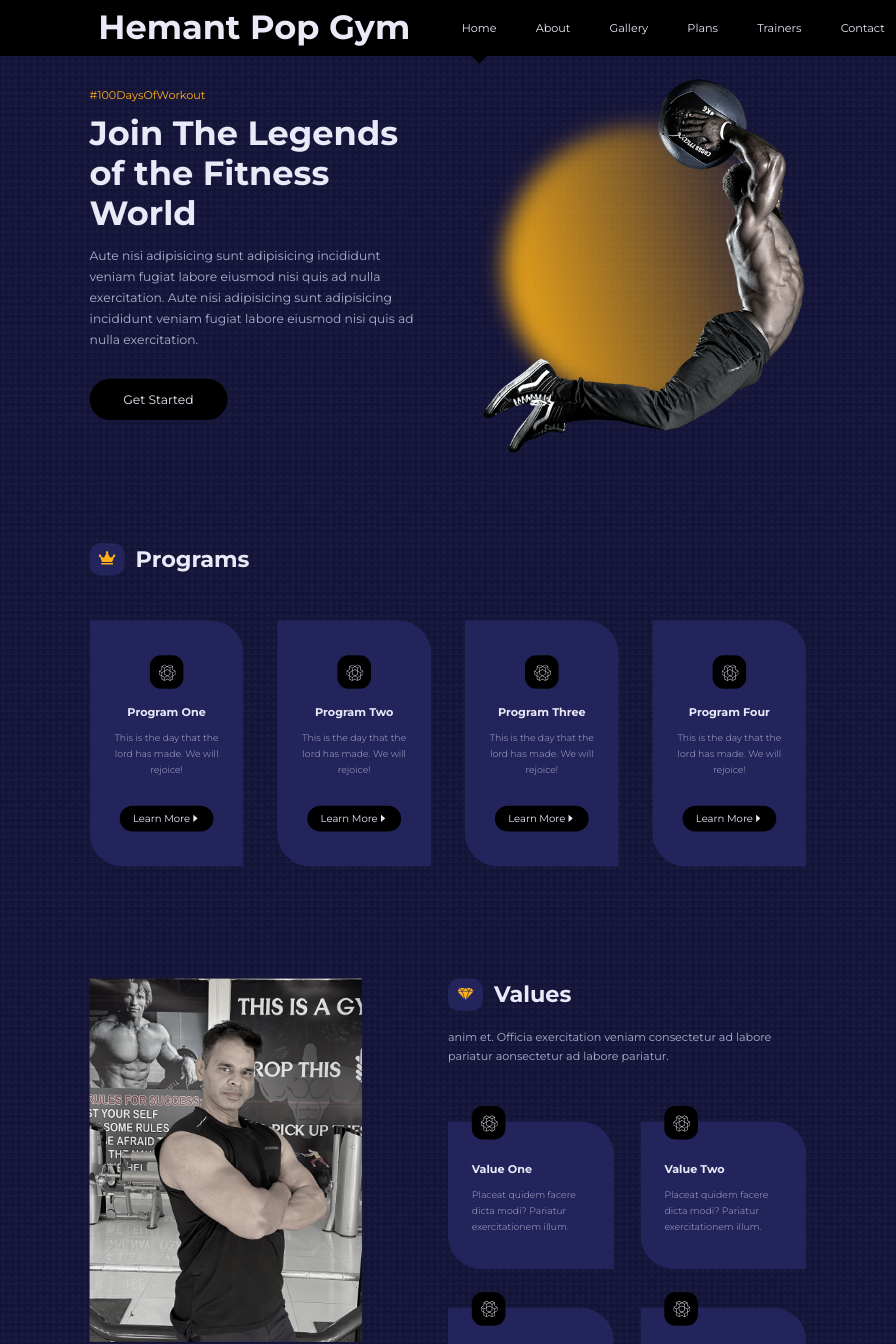
Repository: aryaMode/gym-portfolio
Page: /
The author's editor kept a copy of each file at every save. The page is drawn from the files as they stood at one save, then again after the next save.
The browser window is 1280 px wide. The pictures show the part of the page from y = 0 to 1920 px (the page is 3960 px tall), at 70% of full size.
The project was rebuilt for these pictures with package versions that can differ from the ones it lists, and the page was loaded fresh each time. Also part of the build but not shown: src/pages/about/about.css, src/components/Header.jsx, src/pages/about/About.jsx, src/pages/contact/contact.css, src/pages/contact/Contact.jsx, src/pages/gallery/gallery.css, src/pages/gallery/Gallery.jsx, src/pages/notFound/notFound.css and 6 more.

Above is the page before, as saved 2023-07-20 16:09:03.

### public/index.html
<!DOCTYPE html>
<html lang="en">

<head>
    <meta charset="UTF-8">
    <meta http-equiv="X-UA-Compatible" content="IE=edge">
    <meta name="viewport" content="width=device-width, initial-scale=1.0">
    <title>Portfolio Website</title>
    <!-- GOOGLE FONTS (montserrat) -->
    <link href="https://fonts.googleapis.com/css2?family=Montserrat:wght@300;400;500;600;700&display=swap"
        rel="stylesheet">
</head>

<body>
    <div id="root"></div>
</body>

</html>

### src/App.jsx
// rafce -> shortcut to create component and export
import { BrowserRouter, Routes, Route } from "react-router-dom";
import React from "react";
import Home from "./pages/home/Home";
import About from "./pages/about/About";
import Contact from "./pages/contact/Contact";
import Gallery from "./pages/gallery/Gallery";
import NotFound from "./pages/notFound/NotFound";
import Plans from "./pages/plans/Plans";
import Trainers from "./pages/trainers/Trainers";
import Navbar from "./components/Navbar";
import Footer from "./components/Footer";

const App = () => {
	return (
		<BrowserRouter>
			<Navbar />
			<Routes>
				<Route index element={<Home />} />
				<Route path="about" element={<About />} />
				<Route path="contact" element={<Contact />} />
				<Route path="gallery" element={<Gallery />} />
				<Route path="plans" element={<Plans />} />
				<Route path="trainers" element={<Trainers />} />
				<Route path="*" element={<NotFound />} />
			</Routes>
			<Footer />
		</BrowserRouter>
	);
};

export default App;

### src/pages/home/Home.jsx
import React from "react";
import "./home.css";
import MainHeader from "../../components/MainHeader";
import Program from "../../components/Program";
import Values from "../../components/Values";
import FAQs from "../../components/FAQs";
import Testimonial from "../../components/Testimonial";
// import Footer from "../../components/Footer";

const Home = () => {
	return (
		<>
			<MainHeader />
			<Program />
			<Values />
			<FAQs />
			<Testimonial />
			{/* <Footer /> comment this out so footer wount be double */}
		</>
	);
};

export default Home;

### src/components/Navbar.jsx
import { useState } from "react";
import { Link, NavLink } from "react-router-dom";
// NavLink comes with an isactive prop which we can use to detect which page we on
// so we can have a special style for that link
import React from "react";
import Logo from "../images/logo.png";
import { links } from "../data";
import { GoThreeBars } from "react-icons/go";
import { MdOutlineClose } from "react-icons/md";
import "./navbar.css";

const Navbar = () => {
	const [isNavShowing, setIsNavShowing] = useState(false);

	const handleNavToggle = () => {
		return setIsNavShowing((prevVAlue) => {
			return !prevVAlue;
		});
	};

	return (
		<nav>
			<div className="container nav__container">
				<Link to="/" className="logo" onClick={handleNavToggle}>
					{/* <img src={Logo} alt="Nav-logo" /> */}
					<h1>Hemant Pop Gym</h1>
				</Link>
				<ul
					className={`nav__links ${isNavShowing ? "show__nav" : "hide__nav"}`}
				>
					{/* Destructure the links array of object from the links to get each item */}
					{links.map(({ name, path }, index) => {
						return (
							<li key={index}>
								<NavLink
									to={path}
									className={({ isActive }) => (isActive ? "active-nav" : "")}
									onClick={handleNavToggle}
								>
									{name}
								</NavLink>
							</li>
						);
					})}
				</ul>
				<button onClick={handleNavToggle} className="nav__toggle-btn">
					{isNavShowing ? <MdOutlineClose /> : <GoThreeBars />}
				</button>
			</div>
		</nav>
	);
};

export default Navbar;

// export PATH=$PATH:/home/daveworld/bin

### src/components/Footer.jsx
import React from "react";
import { Link } from "react-router-dom";
import Logo from "../images/logo.png";
import { FaLinkedin } from "react-icons/fa";
import { FaFacebookF } from "react-icons/fa";
import { AiOutlineTwitter } from "react-icons/ai";
import { AiFillInstagram } from "react-icons/ai";

const Footer = () => {
	return (
		<footer>
			<div className="container footer__container">
				<article>
					<Link to="/" className="logo">
						{/* <img src={Logo} alt="Footer Logo" /> */}
						<h1>Hemant Pop Gym</h1>
					</Link>
					<p>
						Consectetur non nostrud enim nostrud est culpa ullamco incididunt
						nisi. Consectetur non nostrud enim nostrud est culpa ullamco
						incididunt nisi.
					</p>
					<div className="footer__socials">
						<a
							href="https://www.linkedin.com/in/eniola-ademola-7386161a7/"
							target="_blank"
							rel="noreferrer noopener"
						>
							<FaLinkedin />
						</a>
						<a
							href="https://facebook.com/"
							target="_blank"
							rel="noreferrer noopener"
						>
							<FaFacebookF />
						</a>
						<a
							href="https://twitter.com/_daveworld"
							target="_blank"
							rel="noreferrer noopener"
						>
							<AiOutlineTwitter />
						</a>
						<a
							href="https://instagram.com/_daveworld"
							target="_blank"
							rel="noreferrer noopener"
						>
							<AiFillInstagram />
						</a>
					</div>
				</article>
				<article>
					<h4>Permalinks</h4>
					<Link to="/about">About</Link>
					<Link to="/plans">Plans</Link>
					<Link to="/trainers">Trainers</Link>
					<Link to="/gallery">Gallery</Link>
					<Link to="/contact">Contact</Link>
				</article>
				<article>
					<h4>Insights</h4>
					<Link to="/s">Blog</Link>
					<Link to="/s">Case Studies</Link>
					<Link to="/s">Events</Link>
					<Link to="/s">Communities</Link>
					<Link to="/constact">FAQs</Link>
				</article>
				<article>
					<h4>Get In Touch</h4>
					<Link to="/contact">Plans</Link>
					<Link to="/s">Trainers</Link>
				</article>
			</div>
			<div className="footer__copyright">
				<small> &copy; Eniola Ademola </small>
			</div>
		</footer>
	);
};

export default Footer;

### src/components/MainHeader.jsx
import React from "react";
import { Link } from "react-router-dom";
import Image from "../images/main_header.png";

const MainHeader = () => {
	return (
		<header className="main__header">
			<div className="container main__header-container">
				<div className="main__header-left">
					<h4>#100DaysOfWorkout</h4>
					<h1>Join The Legends of the Fitness World</h1>
					<p>
						Aute nisi adipisicing sunt adipisicing incididunt veniam fugiat
						labore eiusmod nisi quis ad nulla exercitation. Aute nisi
						adipisicing sunt adipisicing incididunt veniam fugiat labore eiusmod
						nisi quis ad nulla exercitation.
					</p>
					<Link to="/plans" className="btn lg">
						Get Started
					</Link>
				</div>
				<div className="main__header-right">
					<div className="main__header-circle"></div>
					<div className="main__header-image">
						<img src={Image} alt="MainHeaderImage" />
					</div>
				</div>
			</div>
		</header>
	);
};

export default MainHeader;

### src/components/Program.jsx
import React from "react";
import { FaCrown } from "react-icons/fa";
import SectionHead from "./SectionHead";
import { programs } from "../data";
import Card from "../UI/Card";
import { Link } from "react-router-dom";
import { AiFillCaretRight } from "react-icons/ai";

const Program = () => {
	return (
		<section className="programs">
			<div className="container programs container">
				<SectionHead icon={<FaCrown />} title="Programs" />

				<div className="program__wrapper">
					{programs.map(({ id, icon, title, info, path }) => {
						return (
							<Card className="programs__program" key={id}>
								<span>{icon}</span>
								<h4>{title}</h4>
								<small>{info}</small>
								<Link to={path} className="btn sm">
									Learn More <AiFillCaretRight />
								</Link>
							</Card>
						);
					})}
				</div>
			</div>
		</section>
	);
};

export default Program;

### src/components/Values.jsx
import React from "react";
import Image from "../images/values.jpg";
import SectionHead from "./SectionHead";
import { GiCutDiamond } from "react-icons/gi";
import { values } from "../data";
import Card from "../UI/Card";

const Values = () => {
	return (
		<section className="values">
			<div className="container values__container">
				<div className="values__left">
					<div className="values__image">
						<img src={Image} alt="values Image" />
					</div>
				</div>
				<div className="values__right">
					<SectionHead icon={<GiCutDiamond />} title="Values" />
					<p>
						anim et. Officia exercitation veniam consectetur ad labore pariatur
						aonsectetur ad labore pariatur.
					</p>
					<div className="values__wrapper">
						{values.map(({ id, icon, title, desc }) => {
							return (
								<Card className="values__value" key={id}>
									<span>{icon}</span>
									<h4>{title}</h4>
									<small>{desc}</small>
								</Card>
							);
						})}
					</div>
				</div>
			</div>
		</section>
	);
};

export default Values;

### src/components/FAQs.jsx
import React from "react";
import { FaQuestion } from "react-icons/fa";
import { faqs } from "../data";
import FAQ from "./FAQ";
import SectionHead from "./SectionHead";
const FAQs = () => {
	return (
		<section className="faqs">
			<div className="container faqs__container">
				<SectionHead icon={<FaQuestion />} title="FAQs" />
				<div className="faqs__wrapper">
					{faqs.map(({ id, question, answer }) => {
						return <FAQ key={id} question={question} answer={answer} />;
					})}
				</div>
			</div>
		</section>
	);
};

export default FAQs;

### src/components/Testimonial.jsx
import React, { useState } from "react";
import SectionHead from "./SectionHead";
import { ImQuotesLeft } from "react-icons/im";
import Card from "../UI/Card";
import {
	IoIosArrowDropleftCircle,
	IoIosArrowDroprightCircle,
} from "react-icons/io";
import { testimonials } from "../data";

const Testimonial = () => {
	const [index, setIndex] = useState(0);
	const { name, quote, job, avatar } = testimonials[index];

	const handlePreviousTestimonial = () => {
		setIndex((prevValue) => {
			return prevValue - 1;
		});
		if (index <= 0) {
			setIndex(testimonials.length - 1);
		}
	};
	const handleAfterTestimonial = () => {
		setIndex((prevValue) => {
			return prevValue + 1;
		});
		if (index >= testimonials.length - 1) {
			setIndex(0);
		}
	};

	return (
		<section className="testimonials">
			<div className="container testimonial__container">
				<SectionHead
					icon={<ImQuotesLeft />}
					title="Testimonials"
					className="testimonials__head"
				/>
				<Card className="testimonial">
					<div className="testimonial__avatar">
						<img src={avatar} alt={name} />
					</div>
					<p className="testimonial__quote">{`"${quote}"`}</p>
					<h5>{name}</h5>
					<small className="testimonial__title">{job}</small>
				</Card>
				<div className="testimonial__btn-container">
					<button
						className="testimonials__btn"
						onClick={handlePreviousTestimonial}
					>
						<IoIosArrowDropleftCircle />
					</button>
					<button
						className="testimonials__btn"
						onClick={handleAfterTestimonial}
					>
						<IoIosArrowDroprightCircle />
					</button>
				</div>
			</div>
		</section>
	);
};

export default Testimonial;

### src/UI/Card.jsx
import React from "react";

const Card = ({ className, children }) => {
	return <article className={`card ${className}`}>{children}</article>;
};

export default Card;

### src/components/navbar.css
nav{
    height: 5rem;
    width: 100vw; /*100% of the window/browser*/
    background: var(--color-primary);
    display: grid;
    place-items: center;
    position: fixed; /*commnt this to see hiden layers*/
    top: 0;
    left: 0;
    z-index: 99; /* makes sure it sit on all items*/
}

/* Only show on medium and small screens */
.nav__toggle-btn {
    display: none;
}

.nav__container {
    height: 100%;
    display: flex;
    justify-content: space-between;
    align-items: center;
    position: relative;
}

.logo{
    width: 50rem;
    display: block;
}

.nav__links{
    display: flex;
    gap: 3.5rem;
    align-items: center;
}

.nav__links a {
    transition: var(--transition);
}

.nav__links a:hover {
    color: var(--color-secondary);
}

.active-nav {
    position: relative;
}

.active-nav::after{
    content: "";
    display: block;
    width: 1.2rem;
    height: 1.2rem;
    background-color: var(--color-primary);
    position: absolute;
    left: calc(50% - 0.6rem);
    transform: rotate(45deg);
    margin-top: 0.9rem;
}

 /******************** MEDIA QUERIES (mesium and small screens) ********************/
 @media screen and (max-width: 1024px) {
    .nav__toggle-btn {
        display: inline-block;
        background: transparent;
        font-size: 1.8rem;
        cursor: pointer;
    }

    .nav__toggle-btn svg{
        color: var(--color-gray-100);
    }

    .nav__links {
        position: absolute;
        top: 100%;
        right: 0;
        flex-direction: column;
        gap: 0;
        perspective: 400px;
    }

    .active-nav {
        display: none;
    }

    .active-nav, .active-nav::after{
        display: none;
    }

    .nav__links li {
        height: 4rem;
        width: 100%;
        box-shadow: -2rem 2rem 5rem rgba(0, 0, 0, 0.5);
        animation: navAnimation 600ms ease forwards;
        transform: rotateX(90deg);
        opacity: 0;
        transform-origin: top;
    }

    .nav__links li:nth-child(2) {
        animation-delay: 200ms;
    }
    .nav__links li:nth-child(3) {
        animation-delay: 400ms;
    }
    .nav__links li:nth-child(4) {
        animation-delay: 600ms;
    }
    .nav__links li:nth-child(5) {
        animation-delay: 800ms;
    }
    .nav__links li:nth-child(6) {
        animation-delay: 1s;
    }
    .nav__links li:nth-child(7) {
        animation-delay: 1.2s;
    }

    @keyframes navAnimation {
        to {
            transform: rotateX(0);
            opacity: 1;
        }
    }

    .nav__links li a {
        background-color: var(--color-primary);
        height: 100%;
        width: 100%;
        display: flex;
        align-items: center;
        padding: 1rem 5rem 1rem 3rem;
    }

    .show__nav {
        display: flex;
    }

    .hide__nav {
        display: none;
    }

 }

### src/components/SectionHead.jsx
import React from "react";

// A reuseable component for each section name
const SectionHead = ({ icon, title, className }) => {
	return (
		<div className={`section__head ${className}`}>
			<span>{icon}</span>
			<h2>{title}</h2>
		</div>
	);
};

export default SectionHead;

### src/components/FAQ.jsx
import React, { useState } from "react";
import { AiOutlinePlus } from "react-icons/ai";
import { AiOutlineMinus } from "react-icons/ai";

const FAQ = ({ question, answer }) => {
	const [isAnswerShowing, setIsAnswerShowing] = useState(false);

	const handleFAQ = () => {
		return setIsAnswerShowing((prevValue) => {
			return !prevValue;
		});
	};

	return (
		<article className="faq" onClick={handleFAQ}>
			<div>
				<h4>{question}</h4>
				<button className="faq__icon">
					{isAnswerShowing ? <AiOutlineMinus /> : <AiOutlinePlus />}
				</button>
			</div>
			{isAnswerShowing && <p>{answer}</p>}
		</article>
	);
};

export default FAQ;

Loaded but not shown: src/index.js (common file); src/data.js (320 lines, source omitted); src/pages/home/home.css (412 lines, source omitted); src/index.css (248 lines, source omitted)

After the next save:
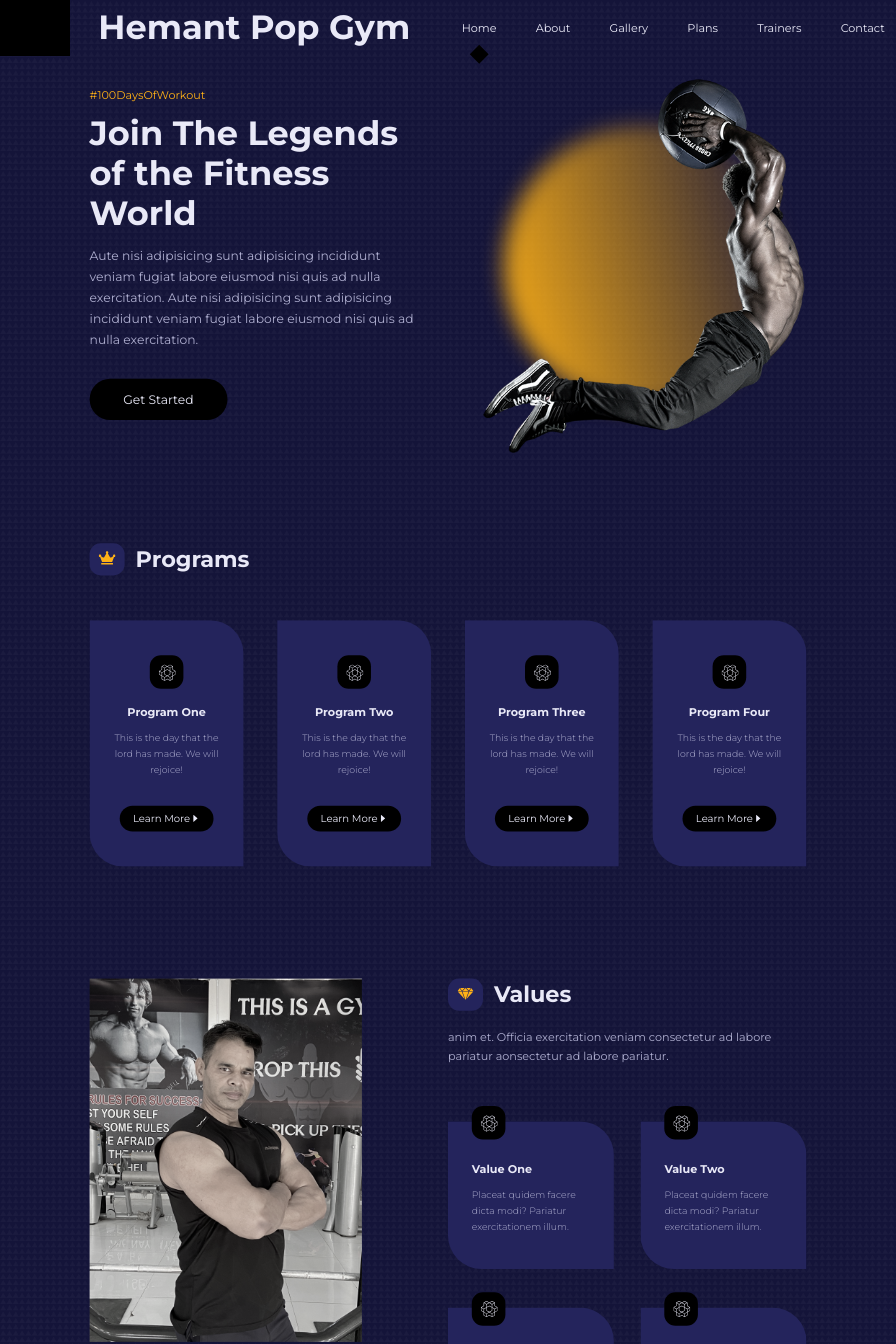
Saved 19 s later.
--- a/src/components/navbar.css
+++ b/src/components/navbar.css
@@ -1,6 +1,6 @@
 nav{
     height: 5rem;
-    width: 100vw; /*100% of the window/browser*/
+    width: 100px; /*100% of the window/browser*/
     background: var(--color-primary);
     display: grid;
     place-items: center;

After the save that followed:
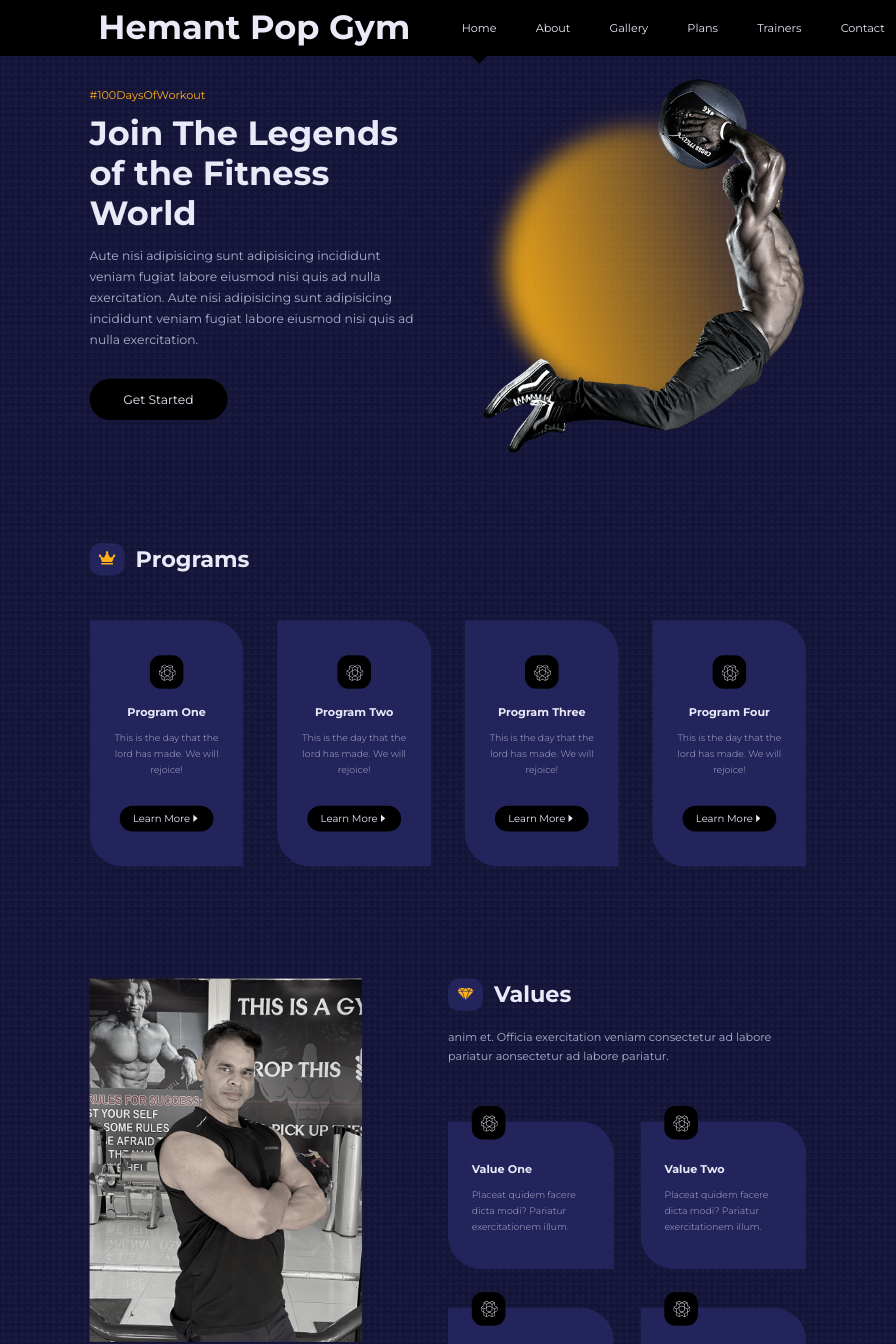
Saved 9 s later.
--- a/src/components/navbar.css
+++ b/src/components/navbar.css
@@ -1,6 +1,6 @@
 nav{
     height: 5rem;
-    width: 100px; /*100% of the window/browser*/
+    width: 100vw; /*100% of the window/browser*/
     background: var(--color-primary);
     display: grid;
     place-items: center;
